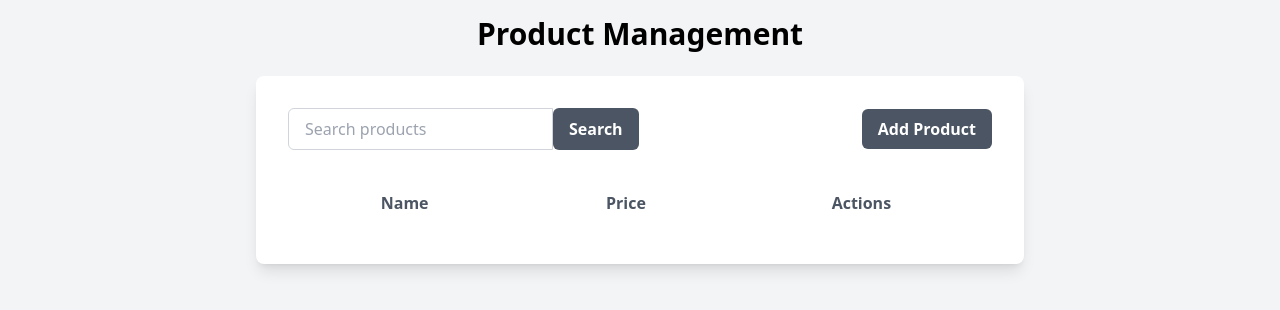
Repository: shaafsalman/product-Management-MERN
Page: /home (app in frontend/)
These files come from the project's save history. The page is drawn as it stood at one moment and after the next save; the edit follows.
The browser window is 1280 px wide. The pictures show the whole page.
The page's requests for data from a server got no answer. The project was rebuilt for these pictures with package versions that can differ from the ones it lists, and the page was loaded fresh each time. No one was signed in, and anything a server would have sent is missing. Also part of the build but not shown: frontend/vite.config.js, frontend/src/Cards/messageCard.jsx, frontend/src/Pages/Login.jsx, frontend/src/Pages/SighnUp.jsx, frontend/src/Pages/NoPage.jsx, frontend/src/Pages/AddProduct.jsx.

Above is the page before, as saved 2024-05-15 07:54:23.

### frontend/src/App.jsx
import React from 'react';
import { BrowserRouter as Router, Routes, Route, Navigate } from 'react-router-dom';
import Login from "./Pages/Login"
import Signup from "./Pages/SighnUp"
import NoPage from './Pages/NoPage';
import Home from './Pages/Home';

const App = () => {
  return (
    <div className="App">
      <Router>
        <div>
          <Routes>
            <Route path="/" element={<Login/>} />
            <Route path="/login" element={<Login />} />
            <Route path="/login" element={<Login />} />
            <Route path="/signup" element={<Signup />} />
            <Route path="/register" element={<Signup />} />
            <Route path="/home" element={<Home />} />
            <Route path="/*" element={<NoPage />} />
          </Routes>
        </div>
      </Router>
    </div>
  );
};


export default App;

### frontend/src/index.css
@tailwind base;
@tailwind components;
@tailwind utilities;


*
{
  margin: 0;
  padding: 0;
  box-sizing: border-box;
}

body,html
{
  background-color:silver
}

### frontend/src/Pages/Home.jsx
import React, { useState, useEffect } from 'react';
import AddProduct from './AddProduct';
import axios from 'axios';
import MessageCard from './../Cards/messageCard'

const Home = () => {
  const [products, setProducts] = useState([]);
  const [searchTerm, setSearchTerm] = useState('');
  const [searchResults, setSearchResults] = useState([]);
  const [showAddProduct, setShowAddProduct] = useState(false);
  const [message, setMessage] = useState(null); // State for message

  useEffect(() => {
    fetchProducts();
  }, []);

  useEffect(() => {
    const timer = setTimeout(() => {
      setMessage(null);
    }, 4000);
    return () => clearTimeout(timer);
  }, [message]);

  const fetchProducts = async () => {
    try {
      const response = await axios.get('http://localhost:8080/api/products/');
      setProducts(response.data || []);
      setSearchResults(response.data || []);
      console.log('data from response: ', response.data);
      console.log('Search Results:', searchResults);
    } catch (error) {
      console.error('Error fetching products:', error);
    }
};

  const handleSearch = () => {
    const results = products.filter(product =>
      product.name.toLowerCase().includes(searchTerm.toLowerCase())
    );
    setSearchResults(results);
  };

  const showAdd = () => {
    setShowAddProduct(true);
    fetchProducts();
  };

  const toggleAddProduct = () => {
    setShowAddProduct(!showAddProduct);
  };

  const handleUpdateProduct = async (productId, updatedProduct) => {
    try {
      const response = await axios.put(`http://localhost:8080/api/products/${productId}`, updatedProduct);
      const updatedProducts = products.map(product =>
        product._id === productId ? response.data : product
      );
      setProducts(updatedProducts);
      setSearchResults(updatedProducts);
      setMessage({ Heading: 'Success', Message: 'Product updated successfully!' }); // Set success message
    } catch (error) {
      console.error('Error updating product:', error);
      setMessage({ Heading: 'Error', Message: 'Failed to update product' }); // Set error message
    }
  };

  const handleDeleteProduct = async (productId) => {
    try {
      await axios.delete(`http://localhost:8080/api/products/${productId}`);
      const updatedProducts = products.filter(product => product._id !== productId);
      setProducts(updatedProducts);
      setSearchResults(updatedProducts);
      setMessage({ Heading: 'Success', Message: 'Product deleted successfully!' });
    }
    catch (error)
    {
      console.error('Error deleting product:', error);
      setMessage({ Heading: 'Error', Message: 'Failed to delete product' });
    }
  };

  return (
    <div className="flex flex-col items-center min-h-screen bg-gray-100 p-4">
      <h1 className="text-3xl font-semibold mb-6">Product Management</h1>
      {message && (
        <MessageCard Heading={message.Heading} Message={message.Message} onClose={() => setMessage(null)} />
      )}
      <div className="w-full max-w-screen-md bg-white shadow-lg rounded-lg p-8">
        <div className="flex items-center justify-between mb-6">
          <div className="flex">
            <input
              type="text"
              placeholder="Search products"
              value={searchTerm}
              onChange={(e) => setSearchTerm(e.target.value)}
              className="px-4 py-2 border border-gray-300 rounded-l-md focus:outline-none focus:border-red-950"
            />
            <button
              onClick={handleSearch}
              className="px-4 py-2 bg-gray-600 text-white py-2 rounded-md font-semibold transition duration-300"
            >
              Search
            </button>
          </div>
          <button
            onClick={showAdd}
            className="px-4 py- bg-gray-600 text-white py-2 rounded-md font-semibold transition duration-300"
          >
            Add Product
          </button>
        </div>
        <table className="w-full border-collapse border border-gray-300 rounded-lg overflow-hidden">
  <thead>
    <tr className="w-full bg-white text-gray-600 py-2 rounded-md font-semibold hover:bg-gray-600 hover:text-white transition duration-300">
      <th className="px-6 py-4 text-center">Name</th>
      <th className="px-6 py-4 text-center">Price</th>
      <th className="px-6 py-4 text-center">Actions</th>
    </tr>
  </thead>
  <tbody>
    {searchResults.map((product, index) => (
      <tr key={index} className={"bg-transparent "}>
        <td className="px-6 py-4 text-center text-gray-800">{product.name}</td>
        <td className="px-6 py-4 text-center text-gray-800">{product.price}</td>
        <td className="px-6 py-4 space-x-2 flex justify-center">
          <button
            onClick={() => handleUpdateProduct(product._id, { name: 'Updated Name', price: 0 })}
            className="w-full bg-blue-600 text-white py-2 rounded-md font-semibold transition duration-300"
          >
            Update
          </button>
          <button
            onClick={() => handleDeleteProduct(product._id)}
            className="w-full bg-gray-600 text-white py-2 rounded-md font-semibold transition duration-300"
          >
            Delete
          </button>
        </td>
      </tr>
    ))}
  </tbody>
</table>









      </div>
      {showAddProduct && (
        <div className="fixed top-0 left-0 w-full h-full bg-gray-900 bg-opacity-75 flex justify-center items-center">
          <AddProduct onClose={toggleAddProduct} setMessage={setMessage} /> // Pass setMessage to AddProduct
        </div>
      )}
    </div>
  );
};

export default Home;

Loaded but not shown: frontend/index.html (common file); frontend/src/main.jsx (common file); frontend/tailwind.config.js (common file)

After the next save:
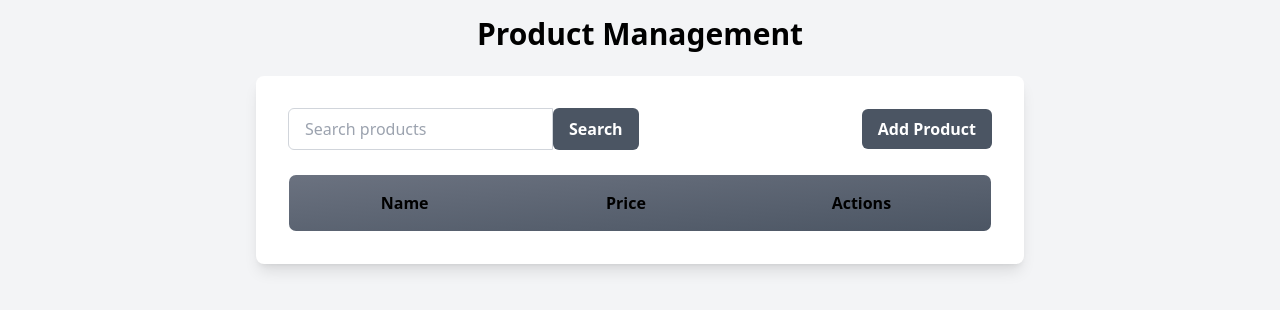
Saved 9 s later.
--- a/frontend/src/Pages/Home.jsx
+++ b/frontend/src/Pages/Home.jsx
@@ -111,7 +111,7 @@ const Home = () => {
         </div>
         <table className="w-full border-collapse border border-gray-300 rounded-lg overflow-hidden">
   <thead>
-    <tr className="w-full bg-white text-gray-600 py-2 rounded-md font-semibold hover:bg-gray-600 hover:text-white transition duration-300">
+    <tr className="bg-gradient-to-br from-gray-500 to-gray-600">
       <th className="px-6 py-4 text-center">Name</th>
       <th className="px-6 py-4 text-center">Price</th>
       <th className="px-6 py-4 text-center">Actions</th>
